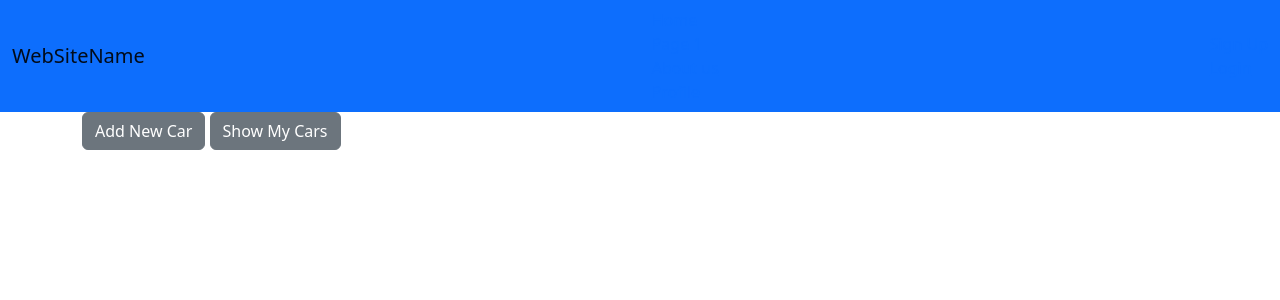
Repository: Ahmad-hamdan98/Java_Project
Page: http://localhost/javaproject/WIB-INF/ShowAll.jsp
An editor plug-in stored every save of this project. The page is shown before and after the next save, followed by the edit.
The browser window is 1280 px wide. The pictures show the whole page.
The page is served by Tomcat 9. Other server files are loaded and not shown.

Above is the page before, as saved 2022-11-20 07:19:49.

### atfirst/javaproject/src/main/webapp/WIB-INF/ShowAll.jsp

 <%@ page language="java" contentType="text/html; charset=UTF-8" pageEncoding="UTF-8"%>
<!-- c:out ; c:forEach etc. -->
  <%@taglib uri="http://java.sun.com/jsp/jstl/core" prefix="c"%>
 <!-- Formatting (dates) -->
<%@taglib uri="http://java.sun.com/jsp/jstl/fmt" prefix="fmt"%>
<!-- form:form -->
<%@ taglib prefix="form" uri="http://www.springframework.org/tags/form"%>
<!-- for rendering errors on PUT routes -->
<%@ page isErrorPage="true" %>

  <!DOCTYPE html>
<html>

<head>

  <title>Bootstrap Case</title>
  <meta charset="utf-8">
  <meta name="viewport" content="width=device-width, initial-scale=1">
<!--   <link rel="stylesheet" href="https://maxcdn.bootstrapcdn.com/bootstrap/3.3.6/css/bootstrap.min.css">
 -->    <link href="https://cdn.jsdelivr.net/npm/bootstrap@5.2.2/dist/css/bootstrap.min.css" rel="stylesheet" integrity="sha384-Zenh87qX5JnK2Jl0vWa8Ck2rdkQ2Bzep5IDxbcnCeuOxjzrPF/et3URy9Bv1WTRi" crossorigin="anonymous">
</head>
<body>

<nav class="navbar navbar-inverse  bg-primary">
<!-- "navbar navbar-dark bg-primary"
 -->
 <div class="container-fluid">
    <div class="navbar-header">
      <a class="navbar-brand" href="#">WebSiteName</a>
    </div>
    <ul class="nav navbar-nav">
      <li class="active"><a href="#">Home</a></li>
      <li class="dropdown"><a class="dropdown-toggle" data-toggle="dropdown" href="#">Page 1 <span class="caret"></span></a>
        <ul class="dropdown-menu">
          <li><a href="#">Page 1-1</a></li>
          <li><a href="#">Page 1-2</a></li>
          <li><a href="#">Page 1-3</a></li>
        </ul>
      </li>

      <li><a href="#">About us</a></li>
      <li><a href="#">Profile</a></li>
    </ul>
    <ul class="nav navbar-nav navbar-right">
   <c:choose>
    	<c:when test="${user.id!=Null}">
    	<li><a href="/logout"><span class="glyphicon glyphicon-user"></span>Logout</a></li>
    	 </c:when>
    	 <c:otherwise>

      <li><a href="/login"><span class="glyphicon glyphicon-user"></span>Sign Up</a></li>
      <li><a href="/login"><span class="glyphicon glyphicon-log-in"></span> Login</a></li>
   </c:otherwise>
    	</c:choose>
    </ul>
  </div>
</nav>

<div class="container">
  <%-- <h1>Welcome ${user.userName}</h1>  --%>

  <a href="/newcar" class="btn btn-secondary">Add New Car</a>
  <a href="/showcar" class="btn btn-secondary">Show My Cars</a>




</div>
<script src="https://ajax.googleapis.com/ajax/libs/jquery/1.12.0/jquery.min.js"></script>
<script src="https://maxcdn.bootstrapcdn.com/bootstrap/3.3.6/js/bootstrap.min.js"></script>



</body>
</html>

After the next save:
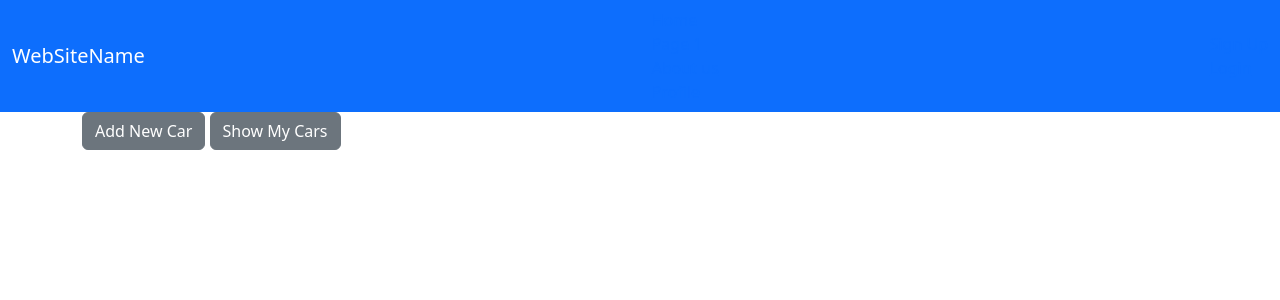
Saved 33 s later.
--- a/atfirst/javaproject/src/main/webapp/WIB-INF/ShowAll.jsp
+++ b/atfirst/javaproject/src/main/webapp/WIB-INF/ShowAll.jsp
@@ -22,7 +22,7 @@
 </head>
 <body>
 
-<nav class="navbar navbar-inverse  bg-primary">
+<nav class="navbar navbar-dark  bg-primary">
 <!-- "navbar navbar-dark bg-primary"
  -->
  <div class="container-fluid">
